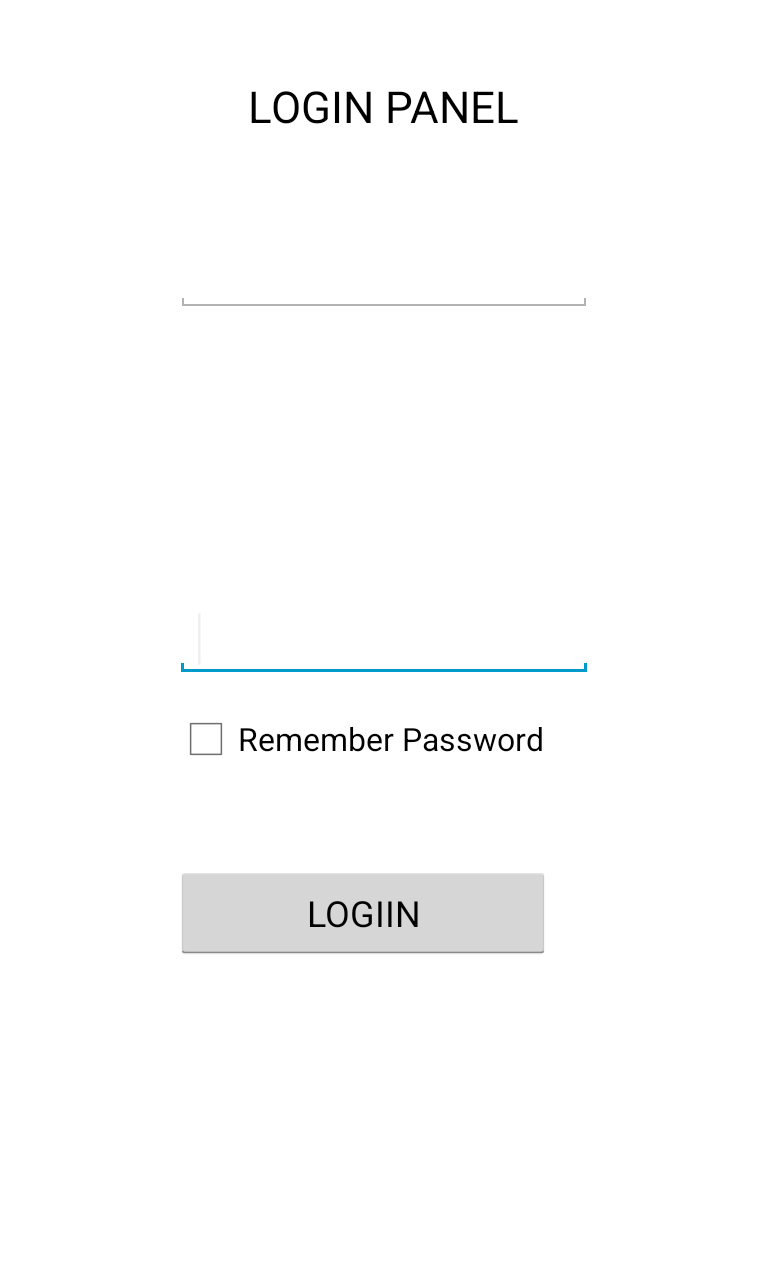
Repository: amittttt/Android-HP
Layout: SharedPrefrances/res/layout/activity_main.xml
These files come from the project's save history. The layout is drawn as it stood at one moment and after the next save; the edit follows.
It is drawn on a 768 x 1280 px phone screen (xhdpi) without system bars, with theme AppTheme; the app's code is not run.

Above is the layout before, as saved 2016-05-14 14:17:55.

After the next save:
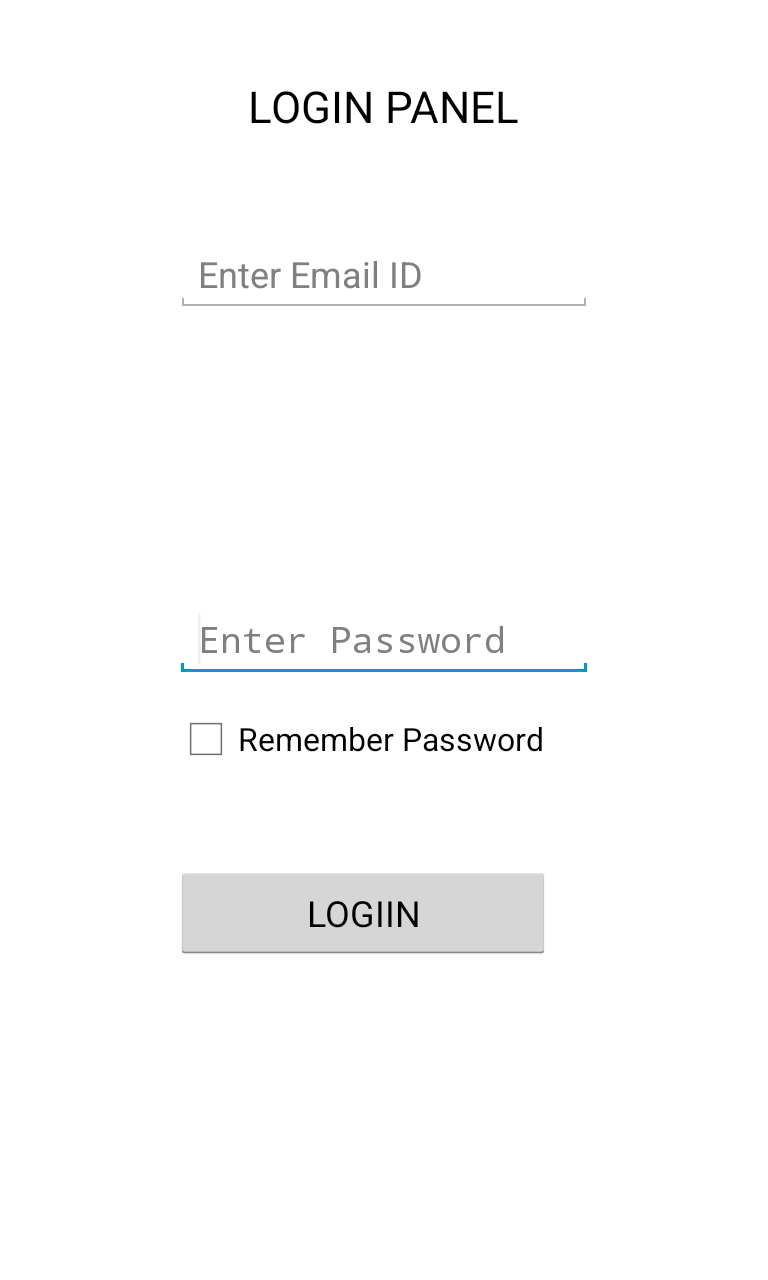
Saved 55 s later.
--- a/SharedPrefrances/res/layout/activity_main.xml
+++ b/SharedPrefrances/res/layout/activity_main.xml
@@ -26,6 +26,7 @@
         android:layout_centerHorizontal="true"
         android:layout_marginTop="50dp"
         android:ems="10"
+        android:hint="Enter Email ID"
         android:inputType="textPersonName" />
 
     <EditText
@@ -35,6 +36,7 @@
         android:layout_centerHorizontal="true"
         android:layout_centerVertical="true"
         android:ems="10"
+        android:hint="Enter Password"
         android:inputType="textPassword" >
 
         <requestFocus />
